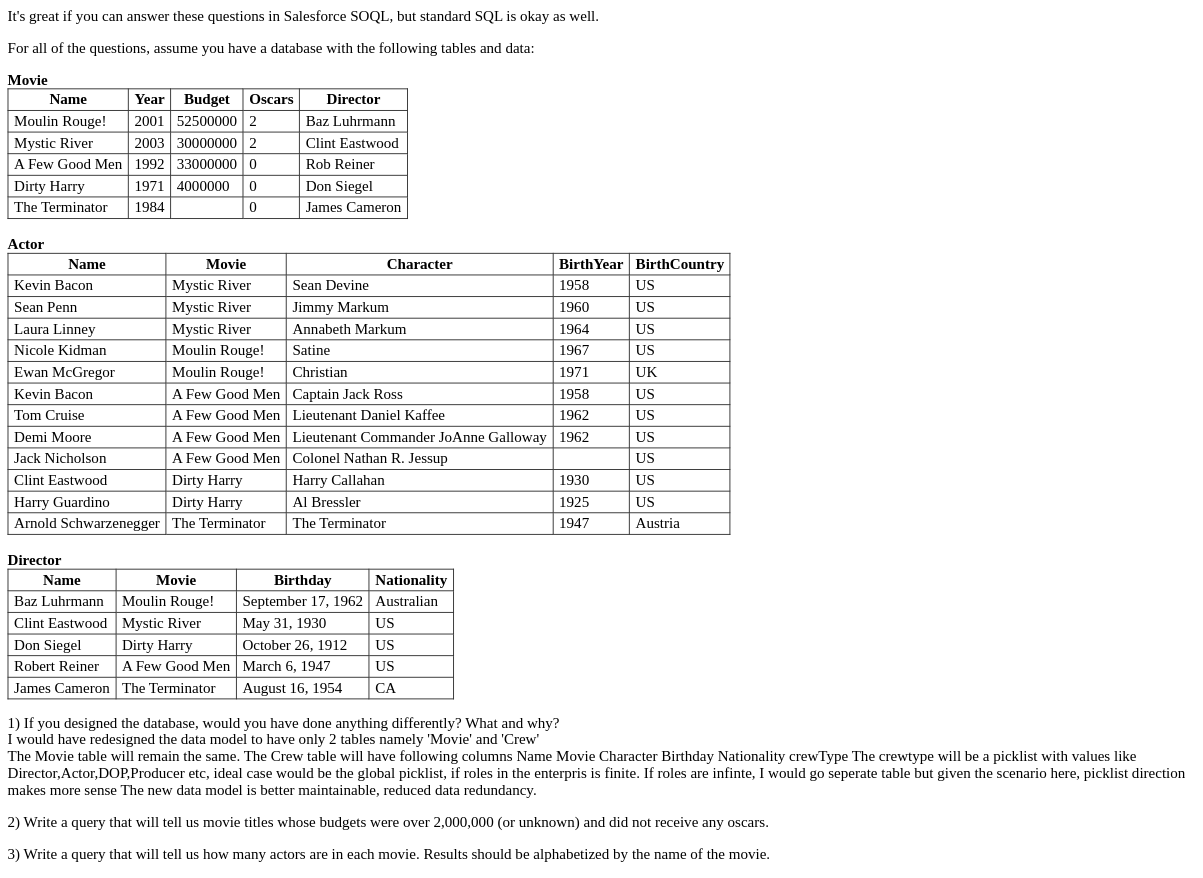
Repository: akhil33/AFFRM
Page: AFFIRM-NON-SFDC/Database.html
The author's editor kept a copy of each file at every save. The page is drawn from the files as they stood at one save, then again after the next save.
The browser window is 1280 px wide. The pictures show the whole page, at 94% of full size.

Above is the page before, as saved 2022-04-07 16:22:38.

### AFFIRM-NON-SFDC/Database.html
<html>
	<head>
		<style type="text/css">
			table { border-collapse: collapse; border: solid 1px black; }
			td, th { border: solid 1px #333; padding: 2px 6px; }
		</style>
	</head>

	<body>
		<p>It's great if you can answer these questions in Salesforce SOQL, but standard SQL is okay as well.</p>

		<p>For all of the questions, assume you have a database with the following tables and data:</p>

		<b>Movie</b>
		<table>
			<tr>
				<th>Name</th>
				<th>Year</th>
				<th>Budget</th>
				<th>Oscars</th>
				<th>Director</th>
			</tr>
			<tr>
				<td>Moulin Rouge!</td>
				<td>2001</td>
				<td>52500000</td>
				<td>2</td>
				<td>Baz Luhrmann</td>
			</tr>
			<tr>
				<td>Mystic River</td>
				<td>2003</td>
				<td>30000000</td>
				<td>2</td>
				<td>Clint Eastwood</td>
			</tr>
			<tr>
				<td>A Few Good Men</td>
				<td>1992</td>
				<td>33000000</td>
				<td>0</td>
				<td>Rob Reiner</td>
			</tr>
			<tr>
				<td>Dirty Harry</td>
				<td>1971</td>
				<td>4000000</td>
				<td>0</td>
				<td>Don Siegel</td>
			</tr>
			<tr>
				<td>The Terminator</td>
				<td>1984</td>
				<td></td>
				<td>0</td>
				<td>James Cameron</td>
			</tr>
		</table>

		<br/>
		<b>Actor</b>
		<table>
			<tr>
				<th>Name</th>
				<th>Movie</th>
				<th>Character</th>
				<th>BirthYear</th>
				<th>BirthCountry</th>
			</tr>
			<tr>
				<td>Kevin Bacon</td>
				<td>Mystic River</td>
				<td>Sean Devine</td>
				<td>1958</td>
				<td>US</td>
			</tr>
			<tr>
				<td>Sean Penn</td>
				<td>Mystic River</td>
				<td>Jimmy Markum</td>
				<td>1960</td>
				<td>US</td>
			</tr>
			<tr>
				<td>Laura Linney</td>
				<td>Mystic River</td>
				<td>Annabeth Markum</td>
				<td>1964</td>
				<td>US</td>
			</tr>
			<tr>
				<td>Nicole Kidman</td>
				<td>Moulin Rouge!</td>
				<td>Satine</td>
				<td>1967</td>
				<td>US</td>
			</tr>
			<tr>
				<td>Ewan McGregor</td>
				<td>Moulin Rouge!</td>
				<td>Christian</td>
				<td>1971</td>
				<td>UK</td>
			</tr>
			<tr>
				<td>Kevin Bacon</td>
				<td>A Few Good Men</td>
				<td>Captain Jack Ross</td>
				<td>1958</td>
				<td>US</td>
			</tr>
			<tr>
				<td>Tom Cruise</td>
				<td>A Few Good Men</td>
				<td>Lieutenant Daniel Kaffee</td>
				<td>1962</td>
				<td>US</td>
			</tr>
			<tr>
				<td>Demi Moore</td>
				<td>A Few Good Men</td>
				<td>Lieutenant Commander JoAnne Galloway</td>
				<td>1962</td>
				<td>US</td>
			</tr>
			<tr>
				<td>Jack Nicholson</td>
				<td>A Few Good Men</td>
				<td>Colonel Nathan R. Jessup</td>
				<td></td>
				<td>US</td>
			</tr>
			<tr>
				<td>Clint Eastwood</td>
				<td>Dirty Harry</td>
				<td>Harry Callahan</td>
				<td>1930</td>
				<td>US</td>
			</tr>
			<tr>
				<td>Harry Guardino</td>
				<td>Dirty Harry</td>
				<td>Al Bressler</td>
				<td>1925</td>
				<td>US</td>
			</tr>
			<tr>
				<td>Arnold Schwarzenegger</td>
				<td>The Terminator</td>
				<td>The Terminator</td>
				<td>1947</td>
				<td>Austria</td>
			</tr>
		</table>

		<br/>
		<b>Director</b>
		<table>
			<tr>
				<th>Name</th>
				<th>Movie</th>
				<th>Birthday</th>
				<th>Nationality</th>
			</tr>
			<tr>
				<td>Baz Luhrmann</td>
				<td>Moulin Rouge!</td>
				<td>September 17, 1962</td>
				<td>Australian</td>
			</tr>
			<tr>
				<td>Clint Eastwood</td>
				<td>Mystic River</td>
				<td>May 31, 1930</td>
				<td>US</td>
			</tr>
			<tr>
				<td>Don Siegel</td>
				<td>Dirty Harry</td>
				<td>October 26, 1912</td>
				<td>US</td>
			</tr>
			<tr>
				<td>Robert Reiner</td>
				<td>A Few Good Men</td>
				<td>March 6, 1947</td>
				<td>US</td>
			</tr>
			<tr>
				<td>James Cameron</td>
				<td>The Terminator</td>
				<td>August 16, 1954</td>
				<td>CA</td>
			</tr>
		</table>


		<p>1) If you designed the database, would you have done anything differently? What and why?
			<br>
			I would have redesigned the data model to have only 2 tables namely 'Movie' and 'Crew'
			<br>
			The Movie table will remain the same.
			The Crew table will have following columns
				Name
				Movie
				Character
				Birthday
				Nationality
				crewType
			The crewtype will be a picklist with values like Director,Actor,DOP,Producer etc, ideal case would be the global picklist, if roles in the enterpris is finite. If roles are infinte, I would go seperate table but
			given the scenario here, picklist direction makes more sense

			The new data model is better maintainable, reduced data redundancy.

		<p>2) Write a query that will tell us movie titles whose budgets were over 2,000,000 (or unknown) and did not receive any oscars.

		<!--
			<p> select Name from Movie where Oscars = 0   // this querty will fetch the results mentioned but not a better coding style</p>
			<p> Select Name from Movie where Oscars = 0 and (Budget is null or Budget > 2000000)  // preferred.</p>
		-->

		<p>3) Write a query that will tell us how many actors are in each movie.  Results should be alphabetized by the name of the movie.</p>

		<!--
			<p> Select Movie,Count(Name) from Actor group by Movie test order by Movie asc </p>
		-->



	</body>
</html>

After the next save:
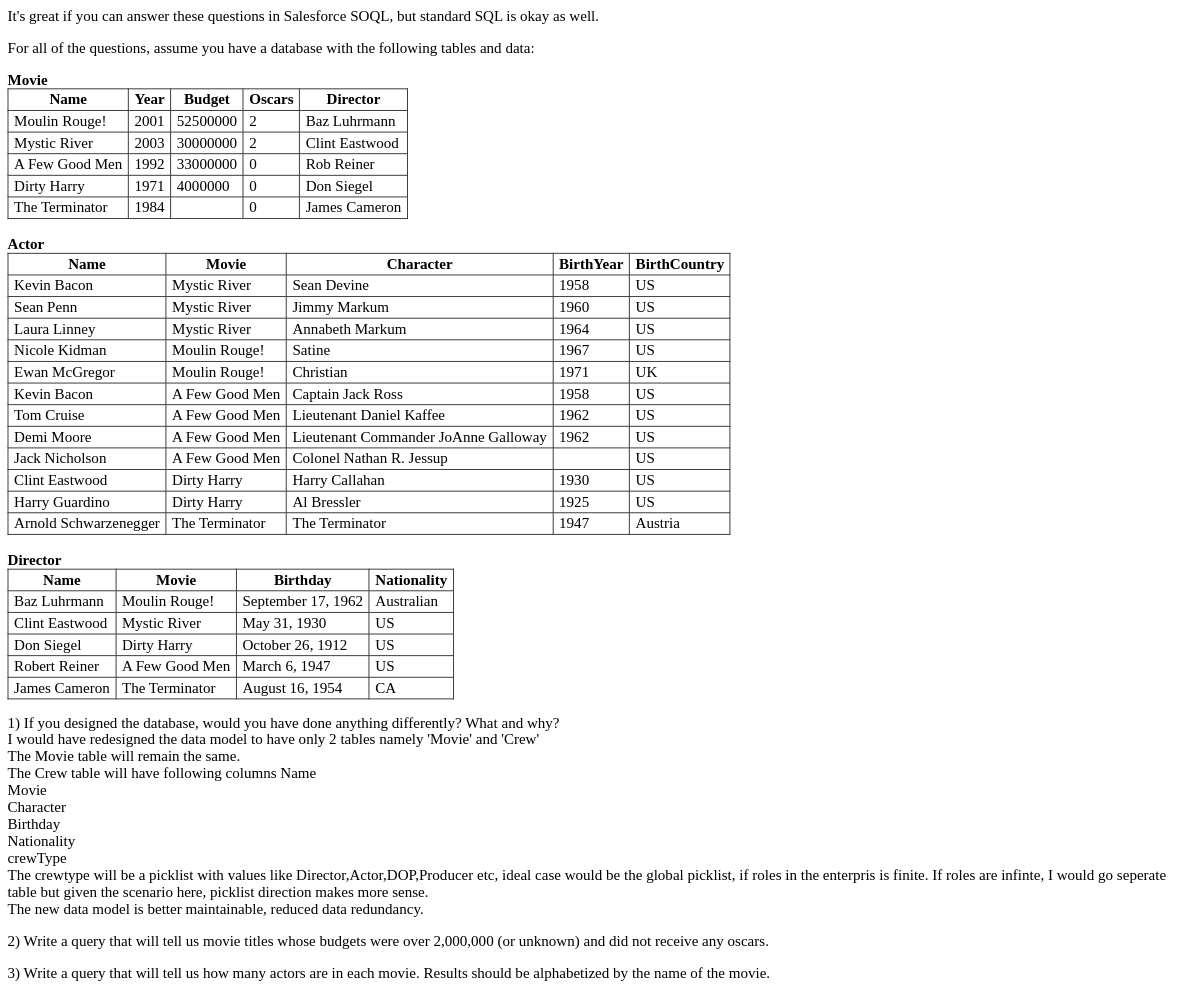
Saved 28 s later.
--- a/AFFIRM-NON-SFDC/Database.html
+++ b/AFFIRM-NON-SFDC/Database.html
@@ -200,15 +200,16 @@
 			I would have redesigned the data model to have only 2 tables namely 'Movie' and 'Crew'
 			<br>
 			The Movie table will remain the same.
+			<br>
 			The Crew table will have following columns
-				Name
-				Movie
-				Character
-				Birthday
-				Nationality
-				crewType
+				Name 	<br>
+				Movie	<br>
+				Character <br>
+				Birthday	<br>
+				Nationality <br>
+				crewType <br>
 			The crewtype will be a picklist with values like Director,Actor,DOP,Producer etc, ideal case would be the global picklist, if roles in the enterpris is finite. If roles are infinte, I would go seperate table but
-			given the scenario here, picklist direction makes more sense
+			given the scenario here, picklist direction makes more sense. <br>
 
 			The new data model is better maintainable, reduced data redundancy.
 
